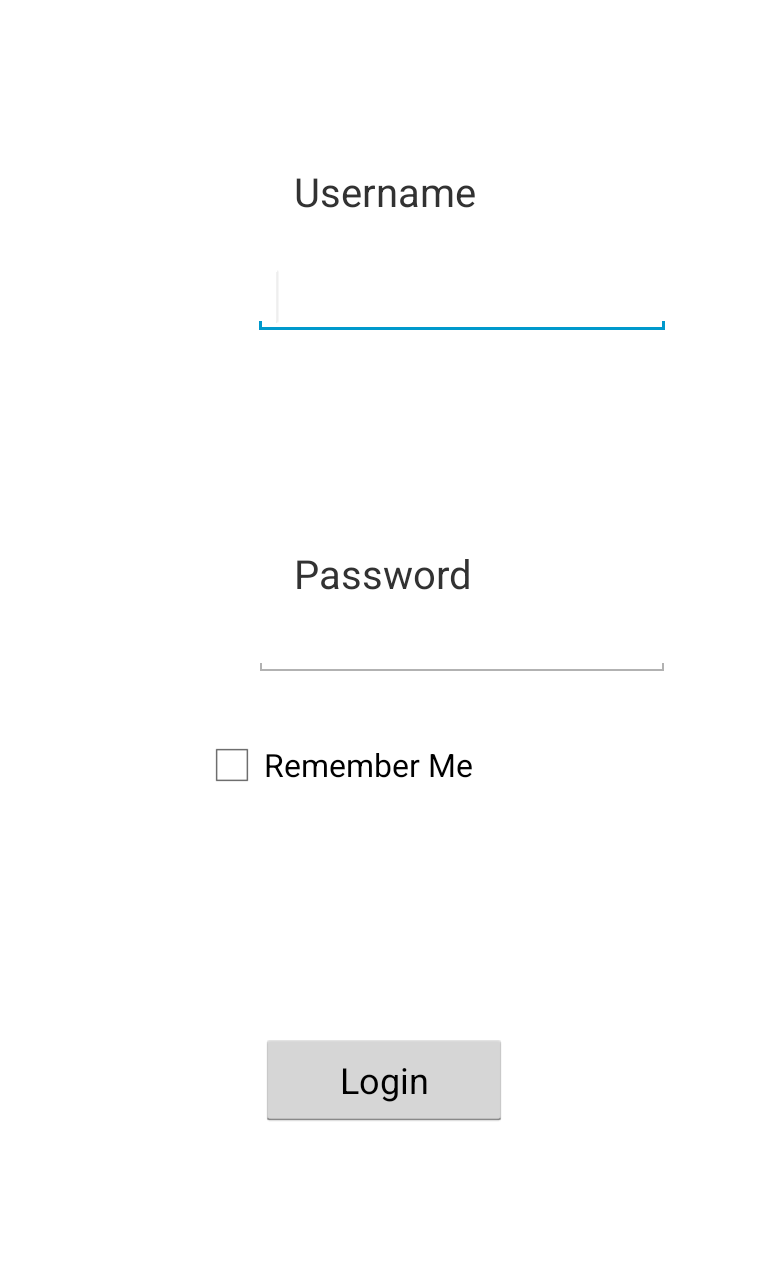
Repository: emeryduh/AndroidProject
Layout: client/TeamJonesProject/res/layout/activity_login.xml
An editor plug-in stored every save of this project. The layout is shown before and after the next save, followed by the edit.
It is drawn on a 768 x 1280 px phone screen (xhdpi) without system bars, with theme AppTheme; the app's code is not run.

Above is the layout before, as saved 2014-10-01 01:12:51.

### client/TeamJonesProject/res/layout/activity_login.xml
<RelativeLayout xmlns:android="http://schemas.android.com/apk/res/android"
    xmlns:tools="http://schemas.android.com/tools"
    android:layout_width="match_parent"
    android:layout_height="match_parent"
    android:paddingBottom="@dimen/activity_vertical_margin"
    android:paddingLeft="@dimen/activity_horizontal_margin"
    android:paddingRight="@dimen/activity_horizontal_margin"
    android:paddingTop="@dimen/activity_vertical_margin"
    tools:context="com.comp313.LoginActivity" >

    <Button
        android:id="@+id/loginButton"
        android:layout_width="250px"
        android:layout_height="wrap_content"
        android:layout_alignParentBottom="true"
        android:layout_centerHorizontal="true"
        android:layout_marginBottom="60dp"
        android:text="@string/login_text" />

    <EditText
        android:id="@+id/password_field"
        android:layout_width="wrap_content"
        android:layout_height="wrap_content"
        android:layout_alignParentRight="true"
        android:layout_centerVertical="true"
        android:layout_marginRight="32dp"
        android:ems="10"
        android:inputType="textPassword" />

    <EditText
        android:id="@+id/username_field"
        android:layout_width="wrap_content"
        android:layout_height="wrap_content"
        android:layout_alignRight="@+id/password_field"
        android:layout_below="@+id/username_text"
        android:layout_marginTop="20dp"
        android:ems="10"
        android:inputType="textAutoComplete" >

        <requestFocus />
    </EditText>

    <TextView
        android:id="@+id/username_text"
        android:layout_width="wrap_content"
        android:layout_height="wrap_content"
        android:layout_alignLeft="@+id/password_text"
        android:layout_alignParentTop="true"
        android:layout_marginTop="66dp"
        android:text="@string/username_text"
        android:textSize="20sp" />

    <CheckBox
        android:id="@+id/rememberMeCheckBox"
        android:layout_width="wrap_content"
        android:layout_height="wrap_content"
        android:layout_alignRight="@+id/password_text"
        android:layout_below="@+id/password_field"
        android:layout_marginTop="27dp"
        android:text="@string/rememberMe_text" />

    <TextView
        android:id="@+id/password_text"
        android:layout_width="wrap_content"
        android:layout_height="wrap_content"
        android:layout_above="@+id/password_field"
        android:layout_centerHorizontal="true"
        android:text="@string/password_text"
        android:textSize="20sp" />

</RelativeLayout>

### client/TeamJonesProject/res/values/dimens.xml
<resources>

    <!-- Default screen margins, per the Android Design guidelines. -->
    <dimen name="activity_horizontal_margin">16dp</dimen>
    <dimen name="activity_vertical_margin">16dp</dimen>

    <!-- Chat Activity Configuration -->
    <dimen name="chatbox_min_height">15dp</dimen>
    <dimen name="chatbox_max_height">150dp</dimen>
    <dimen name="chatbox_min_width">15dp</dimen>
    <dimen name="chatbox_max_width">150dp</dimen>
</resources>

### client/TeamJonesProject/res/values/strings.xml
<?xml version="1.0" encoding="utf-8"?>
<resources>

    <string name="app_name">CentChat</string>
    <string name="action_settings">Settings</string>

    <!-- Chat screen text -->
    <string name="btnSend_text">Send</string>
    <string name="default_text">Welcome to CentChat!</string>
    <string name="default_clientType_text">Type a message here.</string>
    <string name="title_activity_login">LoginActivity</string>
    <string name="hello_world">Hello world!</string>

    <!-- Login screen text -->
    <string name="username_text">Username</string>
    <string name="password_text">Password</string>
    <string name="rememberMe_text">Remember Me</string>
    <string name="login_text">Login</string>
    <string name="title_activity_registration">RegistrationActivity</string>

    <!-- Registration screen text -->
    <string name="username_registration_text">Username</string>
    <string name="email_registration_text">E-mail</string>
    <string name="password_registration_text">Password</string>
    <string name="password_registration_check_text">Re-enter Password</string>
    <string name="submit_registration_text">Submit</string>


</resources>

Loaded but not shown: client/TeamJonesProject/res/values/styles.xml (common file); client/TeamJonesProject/res/values-v11/styles.xml (common file); client/TeamJonesProject/res/values-v14/styles.xml (common file); client/TeamJonesProject/res/values-w820dp/dimens.xml (common file)

After the next save:
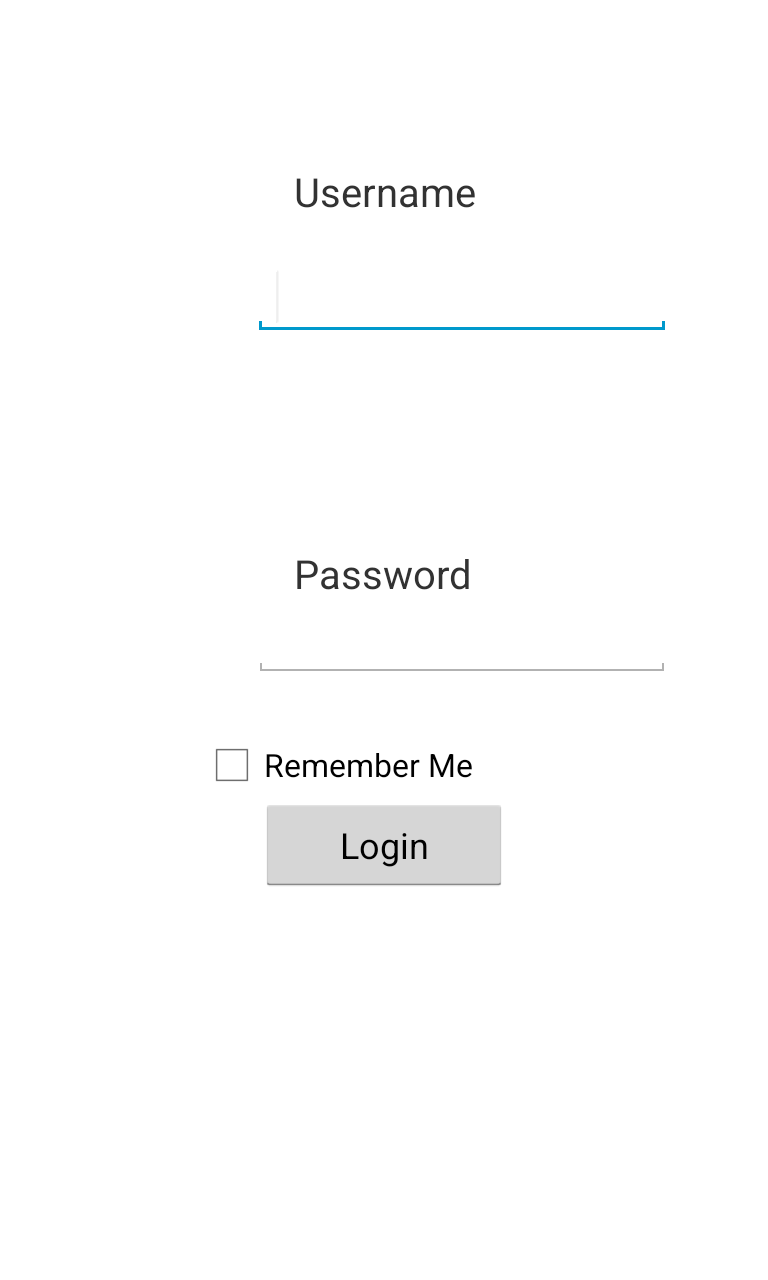
Saved 2 min 20 s later.
--- a/client/TeamJonesProject/res/layout/activity_login.xml
+++ b/client/TeamJonesProject/res/layout/activity_login.xml
@@ -7,15 +7,6 @@
     android:paddingRight="@dimen/activity_horizontal_margin"
     android:paddingTop="@dimen/activity_vertical_margin"
     tools:context="com.comp313.LoginActivity" >
-
-    <Button
-        android:id="@+id/loginButton"
-        android:layout_width="250px"
-        android:layout_height="wrap_content"
-        android:layout_alignParentBottom="true"
-        android:layout_centerHorizontal="true"
-        android:layout_marginBottom="60dp"
-        android:text="@string/login_text" />
 
     <EditText
         android:id="@+id/password_field"
@@ -68,4 +59,30 @@
         android:text="@string/password_text"
         android:textSize="20sp" />
 
+    <Button
+        android:id="@+id/loginButton"
+        android:layout_width="250px"
+        android:layout_height="wrap_content"
+        android:layout_below="@+id/rememberMeCheckBox"
+        android:layout_centerHorizontal="true"
+        android:text="@string/login_text" />
+
+    <LinearLayout
+        android:id="@+id/linearLayout_header"
+        android:layout_width="wrap_content"
+        android:layout_height="wrap_content"
+        android:layout_alignParentLeft="true"
+        android:layout_alignParentTop="true"
+        android:orientation="vertical" >
+    </LinearLayout>
+
+    <LinearLayout
+        android:id="@+id/linearLayout_body"
+        android:layout_width="wrap_content"
+        android:layout_height="wrap_content"
+        android:layout_alignLeft="@+id/linearLayout1"
+        android:layout_below="@+id/linearLayout1"
+        android:orientation="vertical" >
+    </LinearLayout>
+
 </RelativeLayout>
